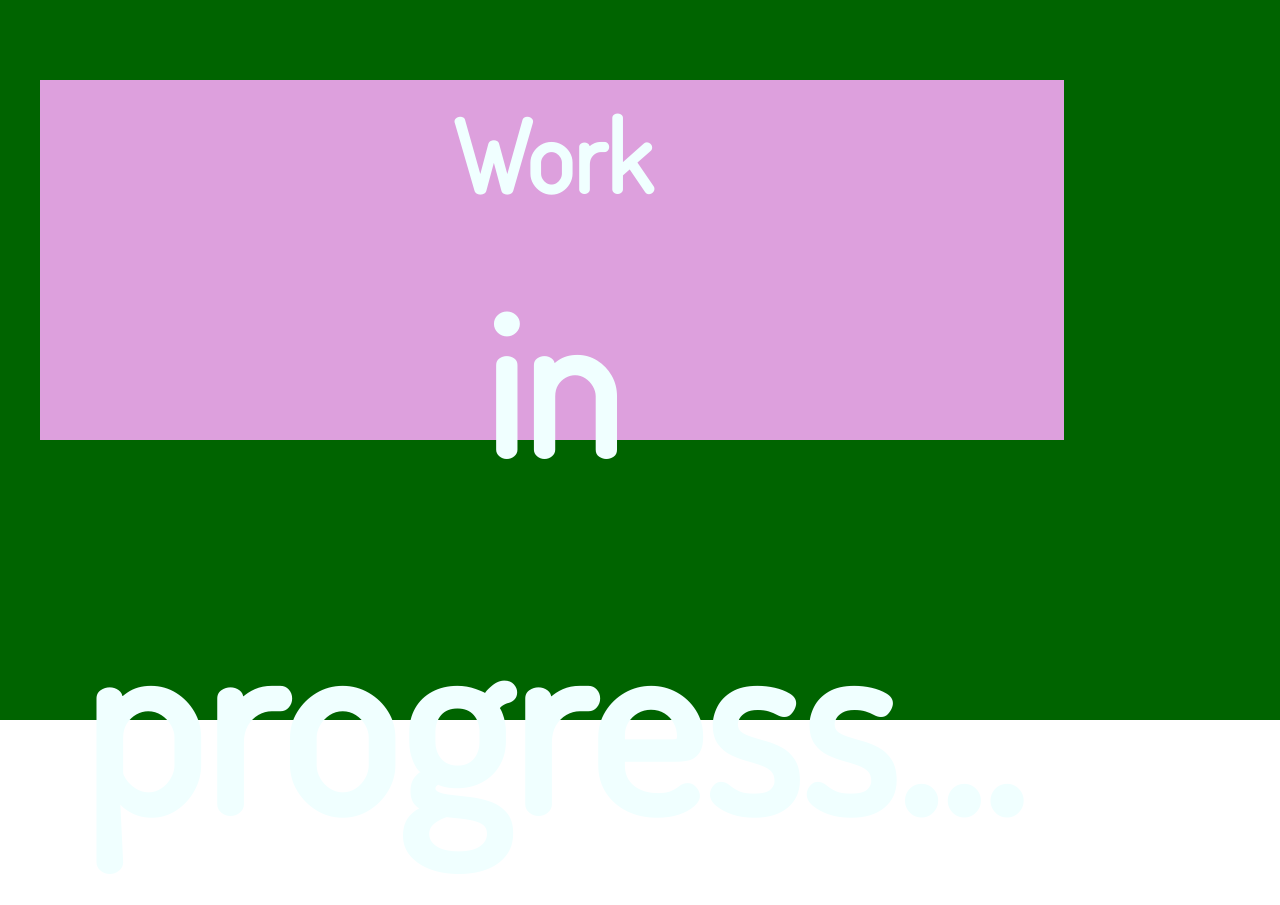
Repository: NollieChtn6/NollieChtn6.github.io
Page: index.html
An editor plug-in stored every save of this project. The page is shown before and after the next save, followed by the edit.
The browser window is 1280 px wide. The pictures show the whole page.

Above is the page before, as saved 2023-11-10 18:16:04.

### index.html

<!DOCTYPE html>

<html lang="fr">

<head>
  <meta charset="utf-8">
  <meta name="viewport" content="width=device-width">
  <link href="css/reset.css" rel="stylesheet">
  <link href="css/style.css" rel="stylesheet">
  <link
    href="https://fonts.googleapis.com/css2?family=Dosis&display=swap"
    rel="stylesheet">
  <title>Portfolio</title>
</head>

<body>

  <main class="main__container">

    <div class="main__content">

      <h1 class="main__title">
        <span class="main__title main__title--level-1">
          Work
        </span>
        <span class="main__title main__title--level-2">
          in
        </span>
        <span class="main__title main__title--level-3">
          progress...
        </span>
      </h1>

    </div>

  </main>

</body>

</html>

### css/style.css
/* VARIABLES */

/* :root {

} */


/* GÉNÉRAL */

* {
  box-sizing: border-box;
}

html {
  font-size: 62.5%;
}

body {
  display: flex;
  flex-direction: column;
  height: 100vh;
  min-height: 100vh;
}

h1 {
  font-family: 'Dosis', sans-serif;
}


/* MAIN  */

.main__container {
  display: flex;
  flex-direction: column;
  background-color: antiquewhite;
  height: 100vh;
  width: 100vw;
}

.main__content {
  display: flex;
  flex-direction: column;
  background-color:darkgreen;
  height: 100vh;
  width: 100vw;
  margin-top: auto;
  /* padding: 5rem 0rem 0rem 8rem; */
  /* justify-content: center; */
  /* align-items: center; */
  padding-top: 8rem;
  padding-left: 4rem;;

}

h1 {
  display: flex;
  flex-direction: column;
  width: 80vw;
  height: 50vh;
  font-size: 10rem;
  background-color: plum;
  color: azure;
  justify-content: space-between;
}

.main__title--level-1 {
  align-self: center;

}

.main__title--level-2 {
  align-self: center;
  font-size: 2em;
}

.main__title--level-3 {
  align-self: center;
  font-size: 2.5em;
}

Loaded but not shown: css/reset.css (common file)

After the next save:
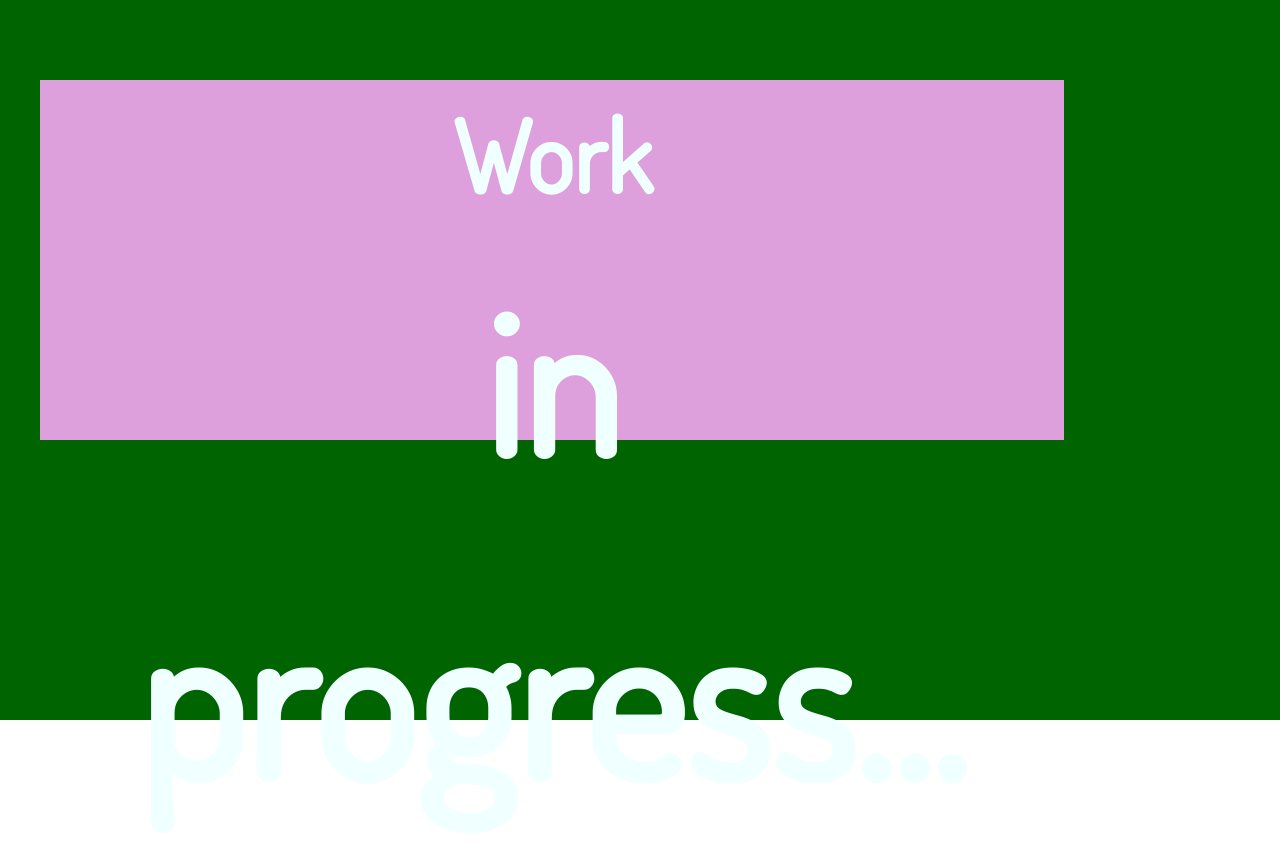
Saved 9 s later.
--- a/css/style.css
+++ b/css/style.css
@@ -75,5 +75,5 @@ h1 {
 
 .main__title--level-3 {
   align-self: center;
-  font-size: 2.5em;
+  font-size: 2.2em;
 }
